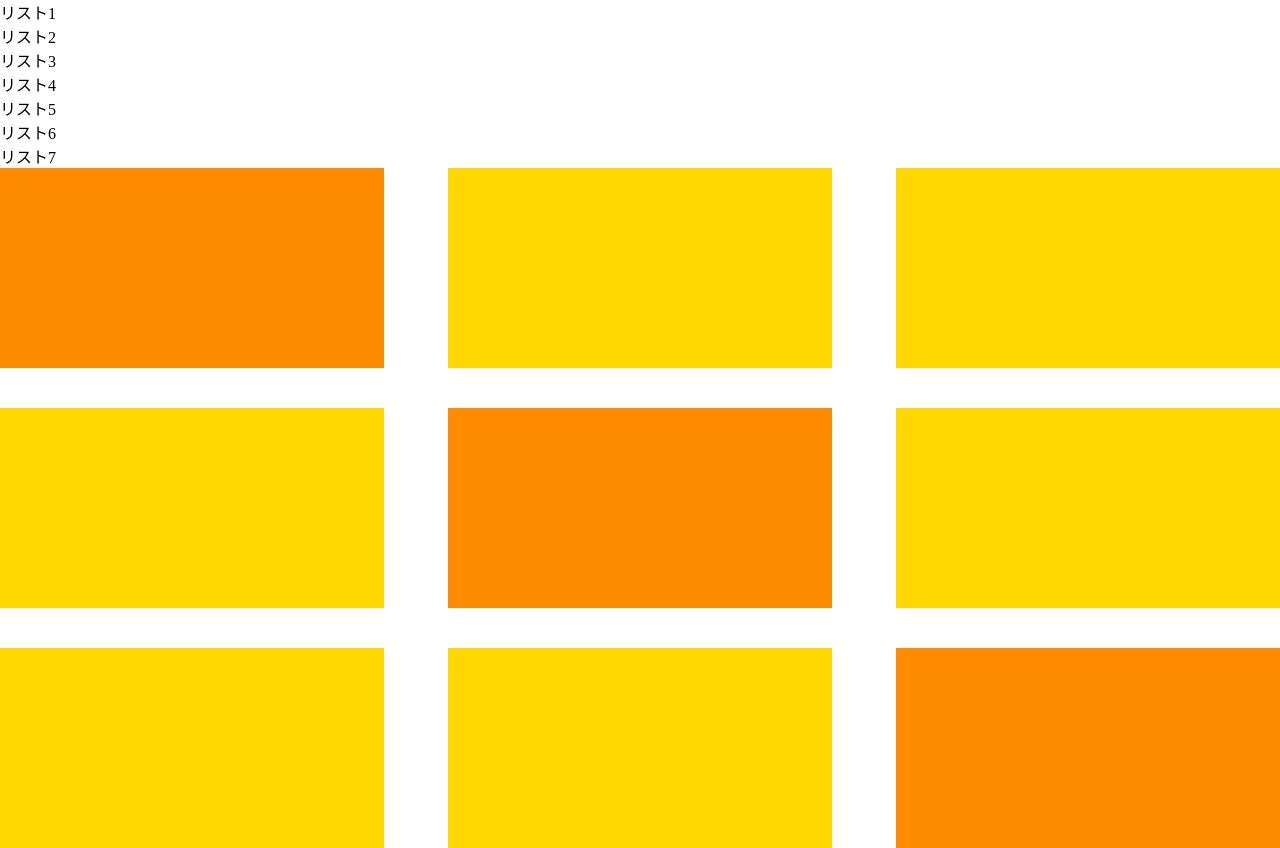
Repository: tkikokiko/webcamp-practice
Page: 1-8/index1-8.html
The author's editor kept a record of every edit. The page is drawn from the files as they stood at one moment, then again after the next edit.
The browser window is 1280 px wide. The pictures show the whole page.

Above is the page before.

### 1-8/index1-8.html
<!DOCTYPE html>
<html lang="ja">
  <head>
    <meta charset="UTF-8" />
    <link rel="stylesheet" href="style1-8.css" />
    <title>kadai1-8</title>
  </head>

  <body>
    <main>
      <ul class="item-list">
        <li class="item">
          <!--::marker-->
          リスト1
        </li>
        <li class="item">
          <!--::marker-->
          リスト2
        </li>
        <li class="item">
          <!--::marker-->
          リスト3
        </li>
        <li class="item">
          <!--::marker-->
          リスト4
        </li>
        <li class="item">
          <!--::marker-->
          リスト5
        </li>
        <li class="item">
          <!--::marker-->
          リスト6
        </li>
        <li class="item">
          <!--::marker-->
          リスト7
        </li>
      </ul>
    <!--<div class="list">-->
    <!--  <p class"=list-text">リスト1</p>-->
    <!--  <p class"=list-text">リスト2</p>-->
    <!--  <p class"=list-text">リスト3</p>-->
    <!--  <p class"=list-text">リスト4</p>-->
    <!--  <p class"=list-text">リスト5</p>-->
    <!--  <p class"=list-text">リスト6</p>-->
    <!--  <p class"=list-text">リスト7</p>-->
    <!--</div>-->

      <div class="boxs">
        <div class="box"></div>
        <div class="box"></div>
        <div class="box"></div>
        <div class="box"></div>
        <div class="box"></div>
        <div class="box"></div>
        <div class="box"></div>
        <div class="box"></div>
        <div class="box"></div>
      </div>
    </main>
  </body>
</html>

### 1-8/style1-8.css
* {
  margin: 0;
  padding: 0;
  box-sizing: border-box;
}

.list {
  /*display: flex;*/
  /*justify-content: center;*/
  margin: 50 auto;
  width: 960px;
}

.list-text {
  width: 960px;
  /*font-size: 15px;*/
  /*display: inline-block;*/
  padding: 20px;
  color: #6c6b6b;
  font-size: 20px;
}

.list-text:nth-child(odd) {
  background-color: #eee;
}

.boxs {
  display: flex;
  /*justify-content: center;*/
  /*margin: 50 auto;*/
  flex-wrap: wrap;
  /*width: 960px;*/
}

.box {
  height: 200px;
  background-color: #ffd700;
  width: 30%;
  height: 200px;
  margin-right: 5%;
  margin-bottom: 40px;
}

.box:first-child,
.box:nth-child(5),
.box:last-child {
  background-color: #ff8c00;
}

.box:nth-child(3n) {
  margin-right: 0;
}

.box:nth-last-child(-n+3) {
  margin-bottom: 0;
}

After the next edit:
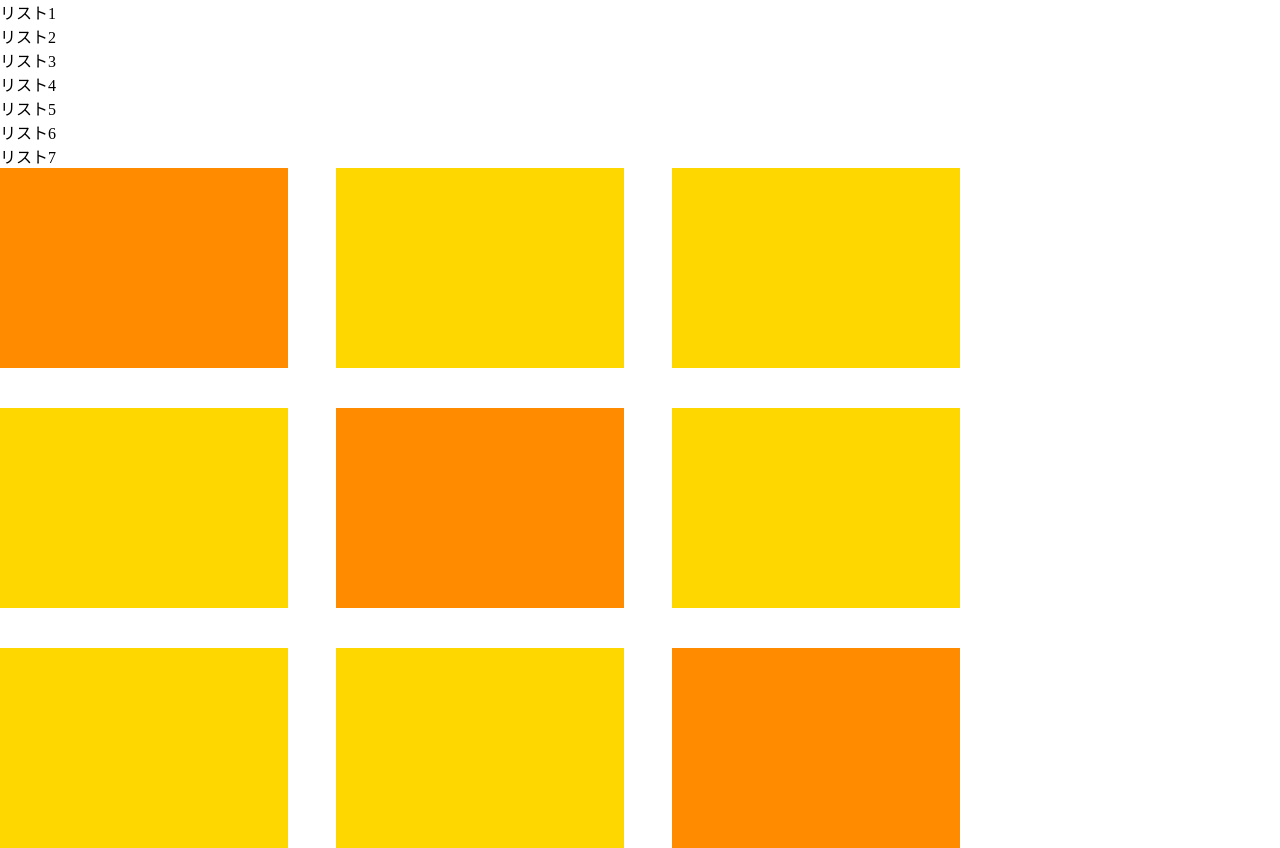
The edit:
--- a/1-8/style1-8.css
+++ b/1-8/style1-8.css
@@ -4,25 +4,31 @@
   box-sizing: border-box;
 }
 
-.list {
+main {
+  width: 960px;
+  margin; 50px;
+}
+
+
+/*.list {*/
   /*display: flex;*/
   /*justify-content: center;*/
-  margin: 50 auto;
-  width: 960px;
-}
+/*  margin: 50 auto;*/
+/*  width: 960px;*/
+/*}*/
 
-.list-text {
-  width: 960px;
+/*.list-text {*/
+/*  width: 960px;*/
   /*font-size: 15px;*/
   /*display: inline-block;*/
-  padding: 20px;
-  color: #6c6b6b;
-  font-size: 20px;
-}
+/*  padding: 20px;*/
+  /*color: #6c6b6b;*/
+/*  font-size: 20px;*/
+/*}*/
 
-.list-text:nth-child(odd) {
-  background-color: #eee;
-}
+/*.list-text:nth-child(odd) {*/
+/*  background-color: #eee;*/
+/*}*/
 
 .boxs {
   display: flex;
